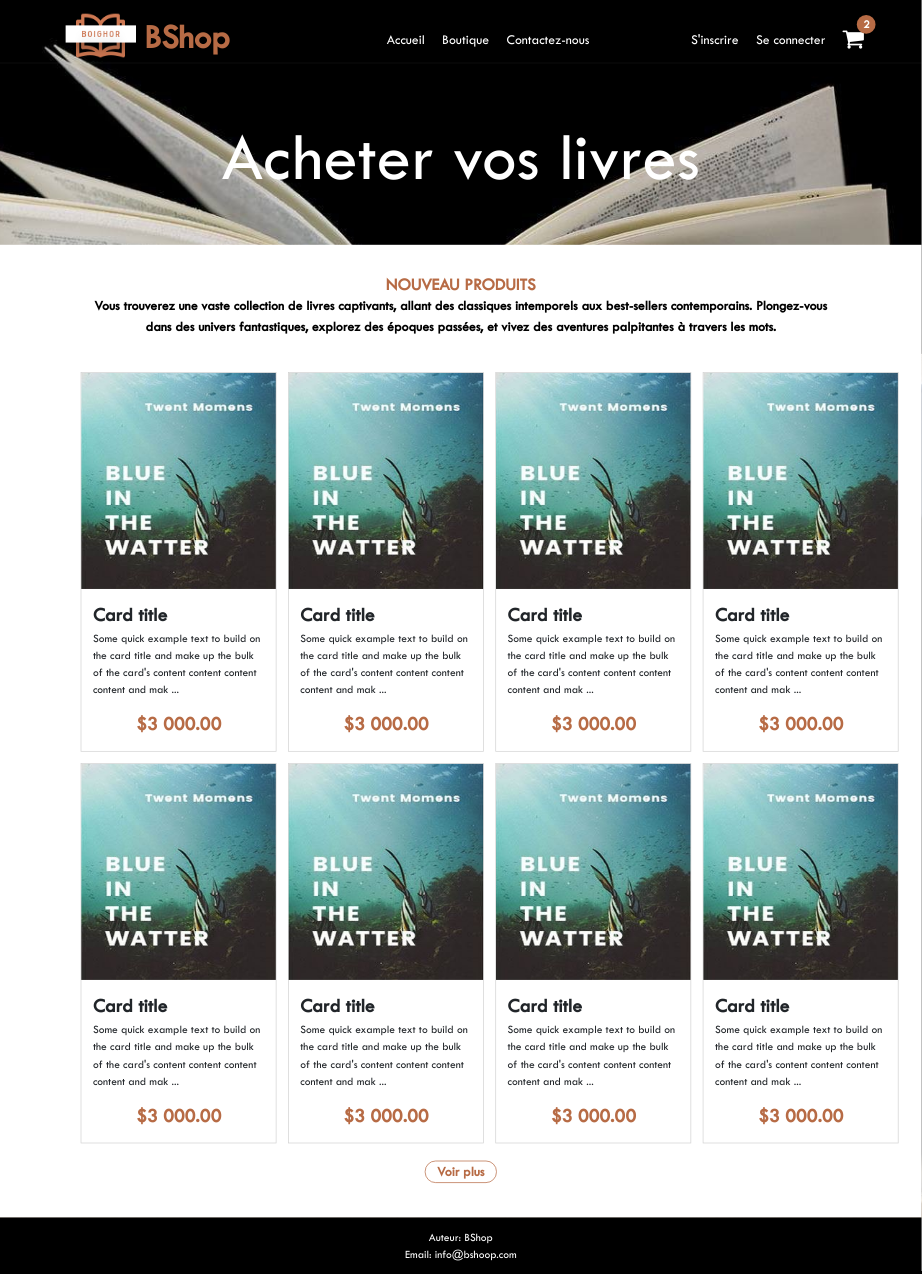
Repository: padevft/e-commerce-php
Page: http://localhost/
An editor plug-in stored every save of this project. The page is shown before and after the next save, followed by the edit.
The browser window is 1280 px wide. The pictures show the whole page, at 72% of full size.
The page is run by PHP 8.4 with error messages shown; the project is at /var/www/html/.

Above is the page before, as saved 2023-09-18 10:24:22.

After the next save:
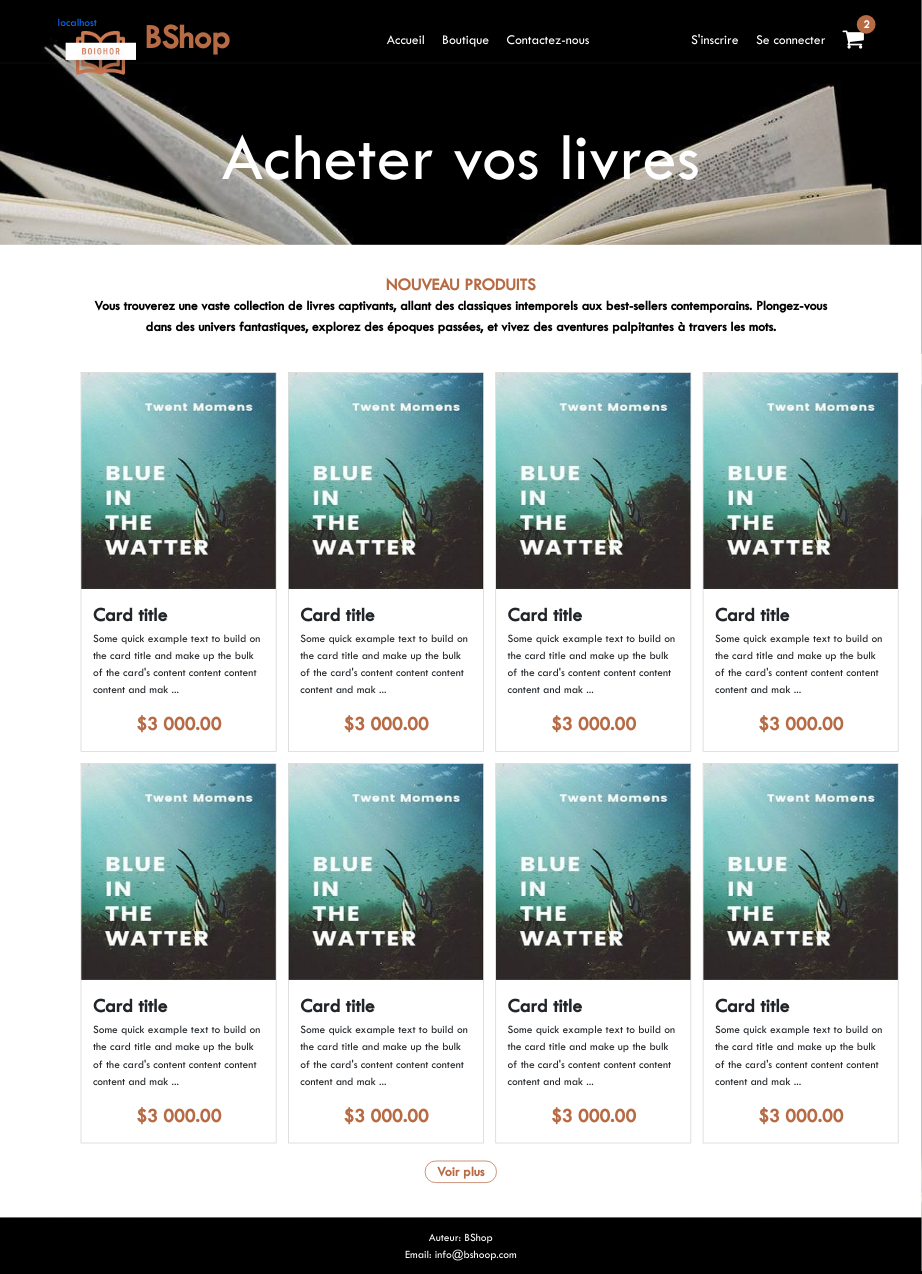
Saved 104 s later.
--- a/server/includes/header.inc.php
+++ b/server/includes/header.inc.php
@@ -4,6 +4,7 @@
             <div class="col-12 col-sm-4">
                 <div class="d-flex flex-row align-items-center">
                     <a class="container-logo" href="./index.html">
+                        <?php echo $_SERVER['SERVER_NAME']; ?>
                         <!-- <img src="../../client/images/logo.png" /> -->
                         <img src="http://<?php echo $_SERVER['SERVER_NAME']; ?>/shop-online/client/images/logo.png"/>
 
